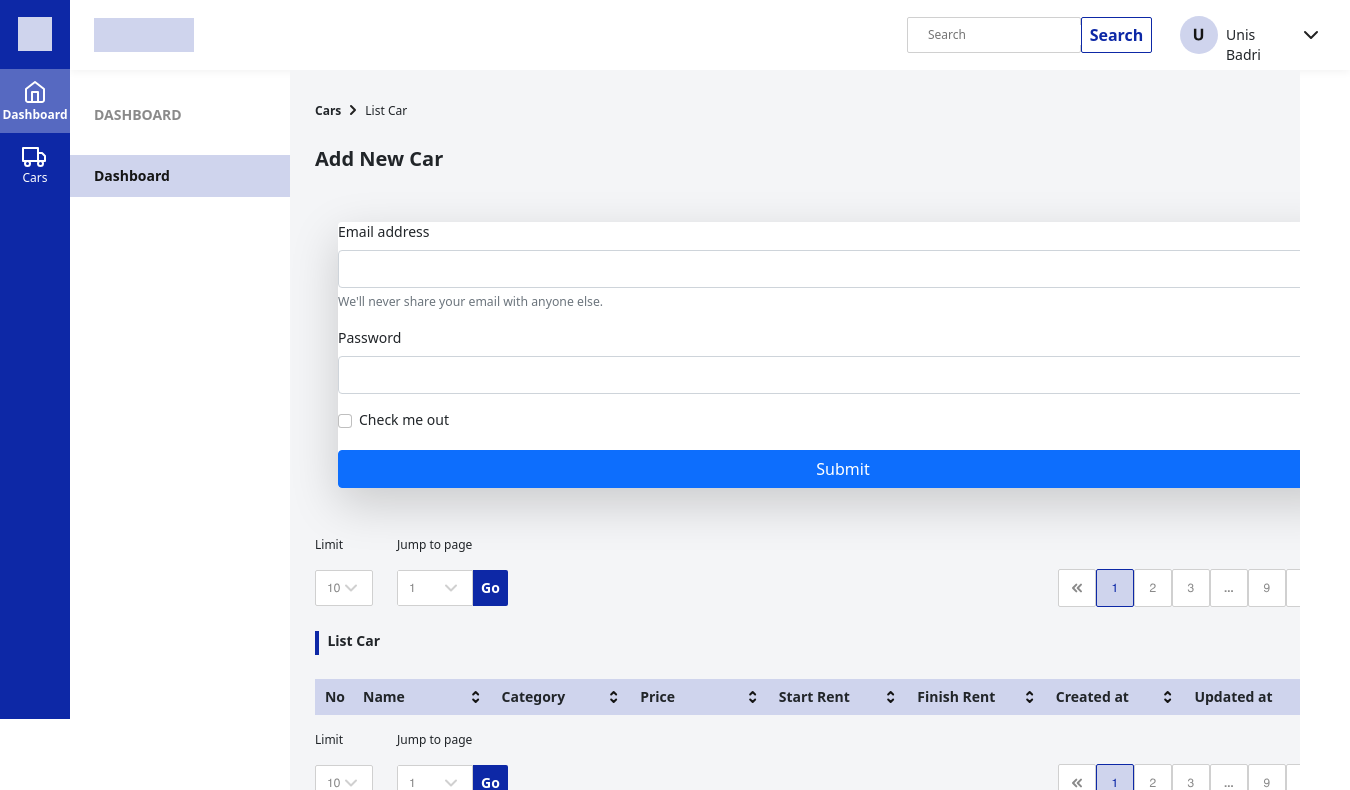
Repository: farrelmuhammad/challenge-7-binar
Page: /carlist/add
An editor plug-in stored every save of this project. The page is shown before and after the next save, followed by the edit.
The browser window is 1280 px wide. The page is 1350 px wide, so the pictures cover 1350 px, including what lies to the right of the window. The pictures show the whole page.
The project was rebuilt for these pictures with package versions that can differ from the ones it lists, and the page was loaded fresh each time. Also part of the build but not shown: src/component/navbar.js, src/component/header.js, src/component/footer.js, src/App.js, src/component/admin/Dashboard/index.jsx, src/pages/admin/Dashboard.js, src/component/admin/Cars/index.jsx, src/pages/admin/CarsList.js and 2 more.

Above is the page before, as saved 2022-05-27 21:08:46.

### src/index.css
body {
  font-family: Helvetica Neue, Helvetica, Arial, sans-serif;
  font-style: normal;
  font-weight: normal;
  font-size: 14px;
  line-height: 20px;
  margin: 0;
  padding: 0;
}

h1,
h2,
h3,
h4,
h5 {
  line-height: 150%;
}

.header{
  background-color: #F1F3FF;
}

.footer i {
  color: #0D28A6;
  font-size: x-large;
}

.bg-darkblue{
  background-color: #0D28A6;
}

.logo {
  background-color: #0D28A6;
  width: 100px;
  height: 34px;
}

code {
  font-family: source-code-pro, Menlo, Monaco, Consolas, 'Courier New',
    monospace;
}

.card-cari {
  width: 1047px;
  /* height: 106px; */
  margin-top: -50px;
  z-index: 2;
}
.button-cari {
  width: 92px !important;
  margin-top: 30px;
  height: 36px;
}
.activeCari {
  height: 100%;
  width: 0;
  position: fixed;
  z-index: 2;
  top: 0;
  left: 0;
  background-color: rgba(0, 0, 0, 0.5);
  overflow-x: hidden;
  transition: 0.5s;
  padding-top: 34px;
}

### src/component/admin/Navbar.jsx
import { Link } from 'react-router-dom';
import './Navbar.css';

const Navbar = () => {
  return (
    <header>
      {/* navbar top */}
      <div className="nav-top navbar">
        <div className="logo"></div>
        <span
          className="icon-menu iconify"
          data-icon="charm:menu-hamburger"
          data-width="24"
        ></span>
        <form className="nav-search d-flex">
          <div className="box-search">
            <span
              className="iconify"
              data-icon="akar-icons:search"
              data-width="18"
            ></span>
            <input type="search" placeholder="Search" />
          </div>
          <button className="button-search" type="submit">
            Search
          </button>
        </form>
        <div className="profile">
          <img src="img/profile.svg" alt="profile" />
          <p>Unis Badri</p>
          <img className="dropdown" src="img/dropdown.svg" alt="dropdown" />
        </div>
      </div>

      {/* navbar side */}
      <div className="nav-side">
        <div className="nav-blue">
          <div className="square"></div>
          <div className="frame-menu">
            <div className="dash-img" id="active">
              <a href="/dashboard">
                <img src="/img/dashboard.svg" alt="dashboard" />
              </a>
              <a href="/dashboard">Dashboard</a>
            </div>
            <div className="dash-img">
              <Link to="/carlist">
              <a>
                <img src="/img/cars.svg" alt="cars" />
                Cars
              </a>
              </Link>
            </div>
          </div>
        </div>
        <div className="nav-white">
          <div className="title-menu">
            <h1>DASHBOARD</h1>
          </div>
          <div className="list-menu">
            <h1>Dashboard</h1>
          </div>
        </div>
      </div>
    </header>
  );
};

export default Navbar;

### src/component/admin/Cars/add/index.jsx
import React from 'react'

export const AddCar = () => {
  return (
    <>
            <div className="content">
                <div className="breadcrumb">
                <h1>Cars</h1>
                <img src="../img/arrow-right.svg" alt="arrow-right" />
                <p>List Car</p>
                </div>
                <div className="col">
                    <h1 className="title-h1">Add New Car</h1>
                </div>



                <form className="container-list shadow-lg m-5 bg-body rounded d-flex flex-column" style={{width: '100%', height: '100'}}>
                    <div class="mb-3">
                        <label for="exampleInputEmail1" class="form-label">Email address</label>
                        <input type="email" class="form-control" id="exampleInputEmail1" aria-describedby="emailHelp"/>
                        <div id="emailHelp" class="form-text">We'll never share your email with anyone else.</div>
                    </div>
                    <div class="mb-3">
                        <label for="exampleInputPassword1" class="form-label">Password</label>
                        <input type="password" class="form-control" id="exampleInputPassword1"/>
                    </div>
                    <div class="mb-3 form-check">
                        <input type="checkbox" class="form-check-input" id="exampleCheck1"/>
                        <label class="form-check-label" for="exampleCheck1">Check me out</label>
                    </div>
                    <button type="submit" class="btn btn-primary">Submit</button>
                </form>

                {/* table navigation */}
                <div className="table-nav">
                <div className="limit-nav">
                    <p>Limit</p>
                    <img src="../img/form-drop.svg" alt="form-drop" />
                </div>
                <div className="jump-nav">
                    <p>Jump to page</p>
                    <img src="../img/form-drop-2.svg" alt="form-drop-2" />
                </div>
                <div className="go-nav">
                    <h1>Go</h1>
                </div>
                <div className="page-number">
                    <img src="../img/page-number.svg" alt="page-number" />
                </div>
                </div>

                <div className="list-car">
                <img src="../img/line-blue.svg" alt="" />
                <h1>List Car</h1>
                </div>
                {/* car table */}
                <div className="list-table">
                <table className="table table-borderless">
                    <thead>
                    <tr>
                        <th style={{ textAlign: "center" }}>No</th>
                        <th>
                        Name
                        <img className="sort" src="img/sort.svg" alt="sort" />
                        </th>
                        <th>
                        Category
                        <img className="sort" src="img/sort.svg" alt="sort" />
                        </th>
                        <th>
                        Price
                        <img className="sort" src="img/sort.svg" alt="sort" />
                        </th>
                        <th>
                        Start Rent
                        <img className="sort" src="img/sort.svg" alt="sort" />
                        </th>
                        <th>
                        Finish Rent
                        <img className="sort" src="img/sort.svg" alt="sort" />
                        </th>
                        <th>
                        Created at
                        <img className="sort" src="img/sort.svg" alt="sort" />
                        </th>
                        <th>
                        Updated at
                        <img className="sort" src="img/sort.svg" alt="sort" />
                        </th>
                    </tr>
                    </thead>
                    <tbody>
                    {/* {dataCarAdmin?.map((car, i) => (
                        <>
                        <tr>
                            <td key={car.id} style={{ textAlign: "center" }}>
                            {i + 1}
                            </td>
                            <td>{car.name}</td>
                            <td>{car.category}</td>
                            <td>{car.price}</td>
                            <td>{car.start_rent_at}</td>
                            <td>{car.finish_rent_at}</td>
                            <td>{car.createdAt}</td>
                            <td>{car.updatedAt}</td>
                        </tr>
                        </>
                    ))} */}
                    </tbody>
                </table>
                </div>

                {/* table navigation */}
                <div className="table-nav">
                <div className="limit-nav">
                    <p>Limit</p>
                    <img src="img/form-drop.svg" alt="form-drop" />
                </div>
                <div className="jump-nav">
                    <p>Jump to page</p>
                    <img src="img/form-drop-2.svg" alt="form-drop-2" />
                </div>
                <div className="go-nav">
                    <h1>Go</h1>
                </div>
                <div className="page-number">
                    <img src="img/page-number.svg" alt="page-number" />
                </div>
                </div>
            </div>
            </>
  )
}

export default AddCar

### src/component/admin/Navbar.css
h1 {
    font-size: 14px;
    line-height: 20px;
}

header .nav-top {
    position: absolute;
    width: 1280px;
    height: 70px;
    left: 70px;
    right: 0;
    top: 0px;
    box-shadow: 0px 2px 8px rgba(0, 0, 0, 0.05);
}

header .nav-top .logo {
    position: absolute;
    width: 100px;
    height: 34px;
    left: 24px;
    top: 18px;
    background: #CFD4ED;
}

header .nav-top .icon-menu {
    position: absolute;
    width: 24px;
    height: 24px;
    left: 244px;
    top: 23px;
}

header .nav-top .nav-search {
    display: flex;
    flex-direction: row;
    align-items: flex-start;
    padding: 0px;
    position: absolute;
    width: 245px;
    height: 36px;
    left: 837px;
    top: 17px;
}

header .nav-top .nav-search .box-search {
    display: flex;
    flex-direction: row;
    align-items: center;
    padding-left: 12px;
    width: 174px;
    height: 36px;
    border: 1px solid #D0D0D0;
    border-radius: 2px;
    font-size: 12px;
    line-height: 18px;
    color: #8A8A8A;
}

header .nav-top .nav-search .box-search > input {
    border: none;
    outline: none;
    padding-left: 8px;
}

header .nav-top .nav-search .button-search {
    display: flex;
    flex-direction: row;
    justify-content: center;
    align-items: center;
    padding: 8px 12px;
    width: 71px;
    height: 36px;
    background-color: white;
    border: 1px solid #0D28A6;
    border-radius: 2px;
    font-weight: 700;
    color:#0D28A6;
}

header .nav-top .profile {
    display: flex;
    flex-direction: row;
    align-items: center;
    position: absolute;
    width: 143px;
    height: 38px;
    left: 1110px;
    right: 24px;
    top: 16px;
}

header .nav-top .profile > p {
    position: absolute;
    width: 65px;
    height: 20px;
    left: 46px;
    top: 9px;
    font-weight: 400;
    font-size: 14px;
    line-height: 20px;
}

header .nav-top .profile .dropdown {
    position: absolute;
    width: 24px;
    height: 24px;
    left: 119px;
    top: 7px;
}

header .nav-side {
    position: absolute;
    width: 290px;
    height: 100%;
    left: 0px;
    top: -1px;
}

header .nav-side .nav-blue {
    position: absolute;
    left: 0%;
    right: 75.86%;
    top: 0%;
    bottom: 0%;
    background: #0D28A6;
}

header .nav-side .nav-blue .square {
    position: absolute;
    width: 34px;
    height: 34px;
    left: 18px;
    top: 18px;
    background: #CFD4ED;
}

header .nav-side .nav-blue .frame-menu {
    display: flex;
    flex-direction: column;
    align-items: flex-start;
    padding: 0px;
    position: absolute;
    width: 70px;
    height: 128px;
    left: 0px;
    top: 70px;
}

header .nav-side .nav-blue .frame-menu .dash-img {
    display: flex;
    flex-direction: column;
    justify-content: center;
    align-items: center;
    padding: 20px 23px;
    position: static;
    width: 70px;
    height: 64px;
    left: 0px;
    top: 0px;
}

#active {
    font-weight: 700;
    background: rgba(255, 255, 255, 0.3);
}

header .nav-side .nav-blue .frame-menu .dash-img a {
    font-size: 12px;
    line-height: 18px;
    margin-top: 2px;
    text-decoration: none;
    color: white;
}

header .nav-side .nav-blue img:last-child {
    margin-top: 0;
}

header .nav-side .nav-white {
    position: absolute;
    left: 24.14%;
    right: 0%;
    top: 7.76%;
    bottom: 0.22%;
}

header .nav-side .nav-white .title-menu {
    position: absolute;
    width: 220px;
    height: 42px;
    left: 24px;
    top: 50px;
}

header .title-menu h1 {
    font-weight: 700;
    color: #8A8A8A;
    left: 24px;
}

header .nav-side .nav-white .list-menu {
    position: static;
    margin-top: 100px;
    width: 220px;
    height: 42px;
    padding: 11px 24px;
    background: #CFD4ED;
}

header .list-menu h1 {
    font-weight: 700;
    color: #151515;
    left: 24px;
}

### src/component/admin/Dashboard/Content.css
.content {
    position: absolute;
    overflow: auto;
    left: 290px;
    top: 70px;
    /* width: 1280px; */
    height: 100%;
    background: #F4F5F7;
    font-size: 14px;
    line-height: 20px;
}

.content .breadcrumb {
    position: absolute;
    width: 300px;
    height: 18px;
    left: 25px;
    top: 32px;
}

.content .breadcrumb > h1 {
    font-size: 12px;
    line-height: 18px;
    font-weight: 700;
}

.content .breadcrumb > p {
    font-size: 12px;
    line-height: 18px;
    font-weight: 300;
}

.content .breadcrumb > img {
    width: 16px;
    height: 16px;
    margin-left: 4px;
    margin-right: 4px;
}

.content .title-h1 {
    font-size: 20px;
    line-height: 30px;
    font-weight: 700;
    margin-left: 25px;
    margin-top:74px;
}

.content .list-order {
    margin-top: 24px;
    position: absolute;
    width: 79px;
    height: 24px;
    margin-left: 25px;
}

.content .list-order > img {
    width: 4px;
    height: 24px;
}

.content .list-order > h1 {
    float: right;
    font-weight: 700;
    margin-left: 8px;
}

.content .list-table table {
    margin-left: 25px;
    margin-top: 72px;
    width: 100%;
    table-layout: fixed;
    background-color: white;
    border: 1px solid none;
    border-radius: 2px;
}

.content .list-table table thead {
    background-color: rgba(207, 212, 237, 1);
    font-weight: 700;
}

.content .list-table table thead th:first-child {
    width: 40px;
}

.content .list-table table thead th > img {
    float: right;
}

.content .table-nav {
    display: flex;
    flex-direction: row;
    width: 1010px;
    font-size: 12px;
    line-height: 18px;
    font-weight: 300;
}

.content .table-nav .limit-nav{
    margin-left: 25px;
}

.content .table-nav .limit-nav p {
    font-size: 12px;
    line-height: 18px;
}

.content .table-nav .jump-nav {
    margin-left: 24px;
}

.content .table-nav .jump-nav p {
    font-size: 12px;
    line-height: 18px;
}

.content .table-nav .go-nav {
    width: 43px;
    height: 36px;
    margin-top: 34px;
    background: #0D28A6;
    border-radius: 0px 2px 2px 0px;
}

.content .table-nav .go-nav > h1 {
    text-align: center;
    font-weight: bold;
    color: white;
    padding: 8px 8px;
}

.content .table-nav .page-number {
    margin-top: 33px;
    margin-left: 550px;
}

.content .list-car {
    margin-top: 24px;
    position: absolute;
    width: 65px;
    height: 24px;
    margin-left: 25px;
}

.content .list-car > img {
    width: 4px;
    height: 24px;
}

.content .list-car > h1 {
    float: right;
    font-weight: 700;
    margin-left: 8px;
}

.content .title-button-car {
    display: inline-flex;
}

.content .title-button-car > h1 {
    margin-right: 800px;
}

.content .title-button-car > a img {
    margin-top: 74px;
}

.content .button-category {
    margin-top: 24px;
    margin-left: 8px;
    display: inline-flex;
}

.content .button-category img {
    margin-left: 16px;
}

.content .cars-card {
    width: 320px;
    height: 482px;
    margin-left: 25px;
    margin-top: 24px;
    box-shadow: 0px 0px 4px rgba(0, 0, 0, 0.15);
    border-radius: 8px;
}

.content .cars-card .card-img-top {
    width: 270px;
    height: 160px;
    margin: auto;
    margin-top: 55px;
}

.content .cars-card .card-body {
    padding: 24px;
}

.content .cars-card .card-body .bold-h1 {
    font-weight: 700;
    font-size: 16px;
    line-height: 24px;
    margin-bottom: 0;
}

.content .cars-card .card-body-text {
    display: inline-flex;
    width: 303px;
    height: 20px;
    margin-top: 16px;
}

.content .cars-card .card-body-text img {
    margin-right: 8px;
    width: 20px;
    height: 20px;
}

.content .cars-card .button-card {
    display: inline-flex;
    margin-left: 8px;
    margin-top: 24px;
}

.content .cars-card .button-card img {
    width: 120px;
}

.content .cars-card .button-card img:last-child {
    margin-left: 16px;
}

.content .form-add-new-car {
    width: 1010px;
    height: 350px;
    background: white;
    margin-top: 32px;
    margin-left: 25px;
}

.content .form-add-new-car .content-form {
    padding-top: 16px;
    padding-left: 25px;
    font-weight: 300;
    font-size: 12px;
    line-height: 18px;
}

.content .form-add-new-car .content-form label {
    width: 147px;
}

.content .form-add-new-car .content-form input {
    width: 339px;
    height:auto;
    border: 1px solid #D0D0D0;
    border-radius: 2px;
    color: #8A8A8A;
    font-weight: 300;
    font-size: 12px;
    line-height: 18px;
}

.content .form-add-new-car .content-form .content-box {
    margin-left: 4px;
}

.content .form-add-new-car .content-h1 h1 {
    display: inline-flex;
    margin-left: 25px;
    margin-top: 16px;
    font-weight: 300;
    font-size: 12px;
    line-height: 18px;
}

.content .form-add-new-car .content-h1 h1:first-child {
    width: 147px;
}

.content .form-add-new-car .content-h1 h1:last-child {
    margin-left: 8px;
}

.content .button-form {
    display: inline-flex;
    margin-left: 9px;
}

.content .button-form img {
    margin-left: 16px;
    margin-top: 282px;
    margin-bottom: 40px;
}

### src/component/admin/Cars/Content.css
.content {
    position: absolute;
    overflow: auto;
    left: 290px;
    top: 70px;
    /* width: 1280px; */
    height: 100%;
    background: #F4F5F7;
    font-size: 14px;
    line-height: 20px;
}

.content .breadcrumb {
    position: absolute;
    width: 300px;
    height: 18px;
    left: 25px;
    top: 32px;
}

.content .breadcrumb > h1 {
    font-size: 12px;
    line-height: 18px;
    font-weight: 700;
}

.content .breadcrumb > p {
    font-size: 12px;
    line-height: 18px;
    font-weight: 300;
}

.content .breadcrumb > img {
    width: 16px;
    height: 16px;
    margin-left: 4px;
    margin-right: 4px;
}

.content .title-h1 {
    font-size: 20px;
    line-height: 30px;
    font-weight: 700;
    margin-left: 25px;
    margin-top:74px;
}

.content .list-order {
    margin-top: 24px;
    position: absolute;
    width: 79px;
    height: 24px;
    margin-left: 25px;
}

.content .list-order > img {
    width: 4px;
    height: 24px;
}

.content .list-order > h1 {
    float: right;
    font-weight: 700;
    margin-left: 8px;
}

.content .list-table table {
    margin-left: 25px;
    margin-top: 72px;
    width: 100%;
    table-layout: fixed;
    background-color: white;
    border: 1px solid none;
    border-radius: 2px;
}

.content .list-table table thead {
    background-color: rgba(207, 212, 237, 1);
    font-weight: 700;
}

.content .list-table table thead th:first-child {
    width: 40px;
}

.content .list-table table thead th > img {
    float: right;
}

.content .table-nav {
    display: flex;
    flex-direction: row;
    width: 1010px;
    font-size: 12px;
    line-height: 18px;
    font-weight: 300;
}

.content .table-nav .limit-nav{
    margin-left: 25px;
}

.content .table-nav .limit-nav p {
    font-size: 12px;
    line-height: 18px;
}

.content .table-nav .jump-nav {
    margin-left: 24px;
}

.content .table-nav .jump-nav p {
    font-size: 12px;
    line-height: 18px;
}

.content .table-nav .go-nav {
    width: 43px;
    height: 36px;
    margin-top: 34px;
    background: #0D28A6;
    border-radius: 0px 2px 2px 0px;
}

.content .table-nav .go-nav > h1 {
    text-align: center;
    font-weight: bold;
    color: white;
    padding: 8px 8px;
}

.content .table-nav .page-number {
    margin-top: 33px;
    margin-left: 550px;
}

.content .list-car {
    margin-top: 24px;
    position: absolute;
    width: 65px;
    height: 24px;
    margin-left: 25px;
}

.content .list-car > img {
    width: 4px;
    height: 24px;
}

.content .list-car > h1 {
    float: right;
    font-weight: 700;
    margin-left: 8px;
}

.content .title-button-car {
    display: inline-flex;
}

.content .title-button-car > h1 {
    margin-right: 800px;
}

.content .title-button-car > a img {
    margin-top: 74px;
}

.content .button-category {
    margin-top: 24px;
    margin-left: 8px;
    display: inline-flex;
}

.content .button-category img {
    margin-left: 16px;
}

.content .cars-card {
    width: 320px;
    height: 482px;
    margin-left: 25px;
    margin-top: 24px;
    box-shadow: 0px 0px 4px rgba(0, 0, 0, 0.15);
    border-radius: 8px;
}

.content .cars-card .card-img-top {
    width: 270px;
    height: 160px;
    margin: auto;
    margin-top: 55px;
}

.content .cars-card .card-body {
    padding: 24px;
}

.content .cars-card .card-body .bold-h1 {
    font-weight: 700;
    font-size: 16px;
    line-height: 24px;
    margin-bottom: 0;
}

.content .cars-card .card-body-text {
    display: inline-flex;
    width: 303px;
    height: 20px;
    margin-top: 16px;
}

.content .cars-card .card-body-text img {
    margin-right: 8px;
    width: 20px;
    height: 20px;
}

.content .cars-card .button-card {
    display: inline-flex;
    margin-left: 8px;
    margin-top: 24px;
}

.content .cars-card .button-card img {
    width: 120px;
}

.content .cars-card .button-card img:last-child {
    margin-left: 16px;
}

.content .form-add-new-car {
    width: 1010px;
    height: 350px;
    background: white;
    margin-top: 32px;
    margin-left: 25px;
}

.content .form-add-new-car .content-form {
    padding-top: 16px;
    padding-left: 25px;
    font-weight: 300;
    font-size: 12px;
    line-height: 18px;
}

.content .form-add-new-car .content-form label {
    width: 147px;
}

.content .form-add-new-car .content-form input {
    width: 339px;
    height:auto;
    border: 1px solid #D0D0D0;
    border-radius: 2px;
    color: #8A8A8A;
    font-weight: 300;
    font-size: 12px;
    line-height: 18px;
}

.content .form-add-new-car .content-form .content-box {
    margin-left: 4px;
}

.content .form-add-new-car .content-h1 h1 {
    display: inline-flex;
    margin-left: 25px;
    margin-top: 16px;
    font-weight: 300;
    font-size: 12px;
    line-height: 18px;
}

.content .form-add-new-car .content-h1 h1:first-child {
    width: 147px;
}

.content .form-add-new-car .content-h1 h1:last-child {
    margin-left: 8px;
}

.content .button-form {
    display: inline-flex;
    margin-left: 9px;
}

.content .button-form img {
    margin-left: 16px;
    margin-top: 282px;
    margin-bottom: 40px;
}

.container-car {
    display: grid;
    grid-template-columns: repeat(3, 1fr);
}

.card {
    display: flex;
    flex-direction: column;
    align-items: flex-start;
    padding: 24px;
    gap: 24px;

    background: #FFFFFF;
    /* Shadow/Low */

    box-shadow: 0px 0px 4px rgba(0, 0, 0, 0.15);
    border-radius: 8px;
    margin: 20px;
    padding: 1em;
}

.image img{
    width: 100%;
    height: 200px;
    object-fit: cover;
}

.img-placeholder {
    width: 100%;
    height: 200px;
    background-color: #ebebeb;
}

.info {
    padding: 1em 0;
}

.price {
    font-weight: bold;
}

.info ul li {
    list-style-type: none;
}

Loaded but not shown: public/index.html (common file); src/app/store.js (common file); src/reportWebVitals.js (common file); src/features/counter/counterAPI.js (common file); src/features/counter/counterSlice.js (73 lines, source omitted); src/Routes.js (25 lines, source omitted); src/index.js (26 lines, source omitted); src/pages/admin/AddCar.js (14 lines, source omitted)

After the next save:
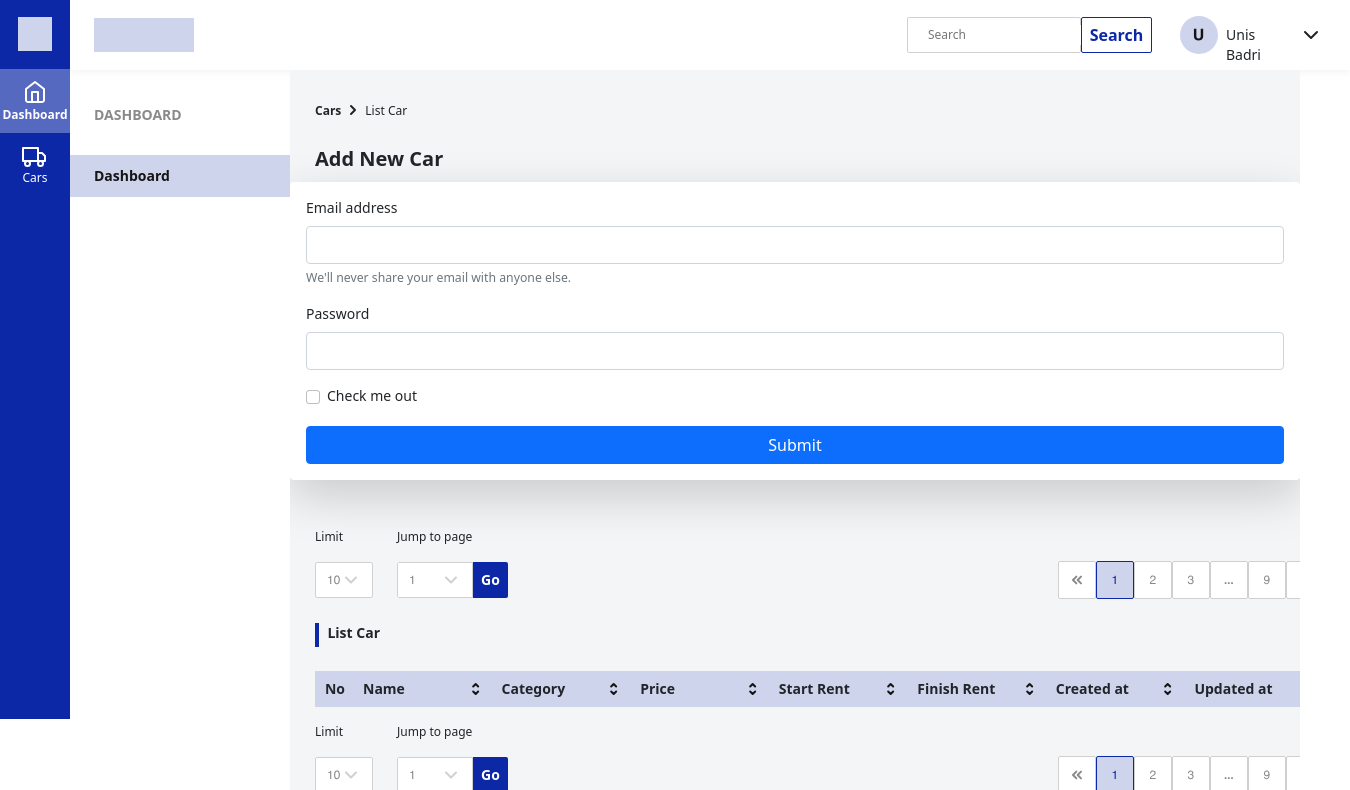
Saved 13 s later.
--- a/src/component/admin/Cars/add/index.jsx
+++ b/src/component/admin/Cars/add/index.jsx
@@ -15,7 +15,7 @@ export const AddCar = () => {
 
 
 
-                <form className="container-list shadow-lg m-5 bg-body rounded d-flex flex-column" style={{width: '100%', height: '100'}}>
+                <form className="container-list shadow-lg p-3 mb-5 bg-body rounded d-flex flex-column">
                     <div class="mb-3">
                         <label for="exampleInputEmail1" class="form-label">Email address</label>
                         <input type="email" class="form-control" id="exampleInputEmail1" aria-describedby="emailHelp"/>
